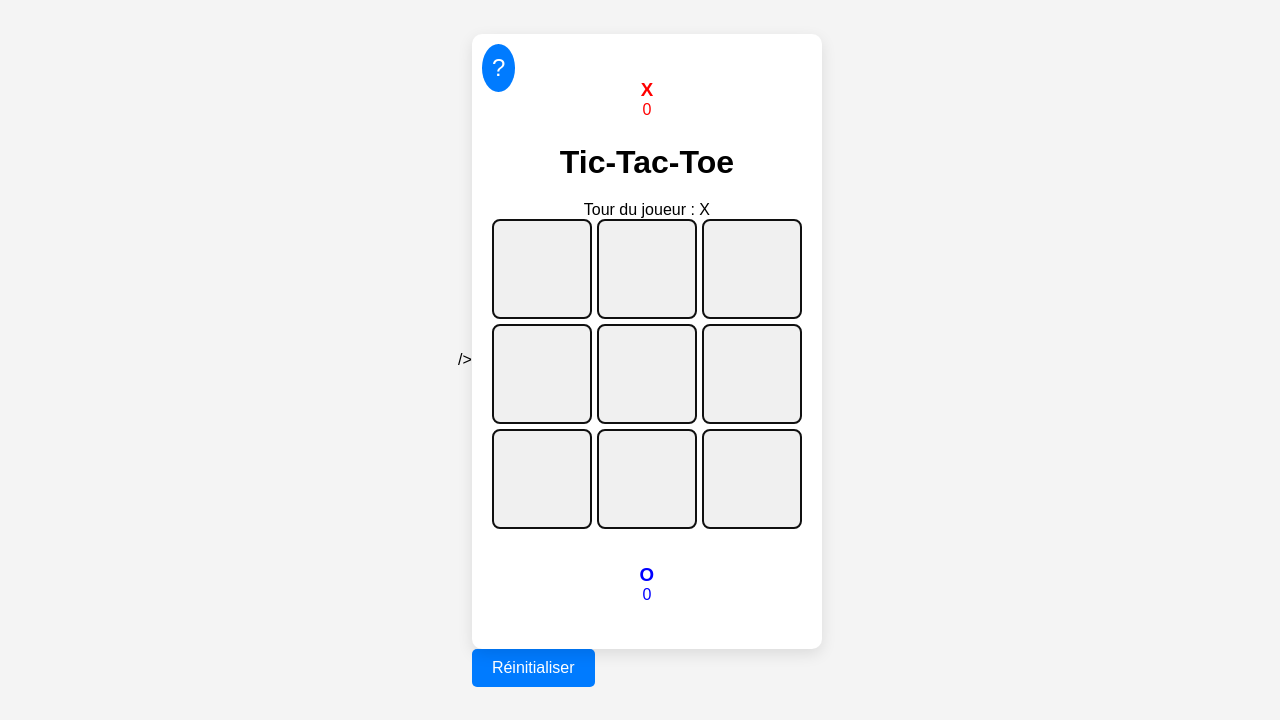
Repository: FTheo57/EvaluationGit
Page: index.html
An editor plug-in stored every save of this project. The page is shown before and after the next save, followed by the edit.
The browser window is 1280 px wide. The pictures show the whole page.

Above is the page before, as saved 2025-03-10 16:44:22.
Not found: script.js

After the next save:
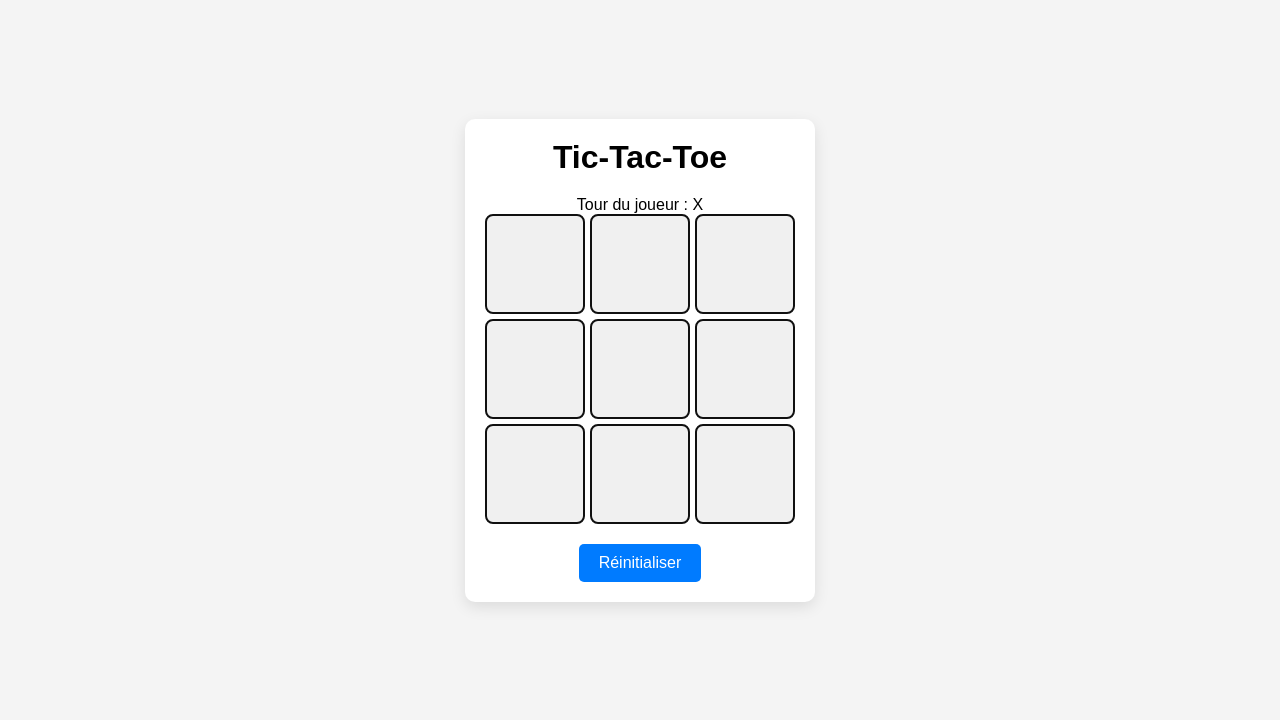
Saved 23 s later.
--- a/index.html
+++ b/index.html
@@ -4,47 +4,24 @@
     <meta charset="UTF-8" />
     <meta name="viewport" content="width=device-width, initial-scale=1.0" />
     <title>Tic-Tac-Toe</title>
-    <link rel="stylesheet" href="css/styles.css"> />
+    <link rel="stylesheet" href="css/styles.css" />
   </head>
   <body>
-    <div class="game-wrapper">
-        <div class="container">
-            <div class="score-container" id="score-x">
-                <h3>X</h3>
-                <p id="score-x-value">0</p>
-            </div>
-            <button class="rules-btn" id="rules-btn">?</button>
-          <h1>Tic-Tac-Toe</h1>
-          <p id="turn">Tour du joueur : X</p>
+    <div class="container">
+      <h1>Tic-Tac-Toe</h1>
+      <p id="turn">Tour du joueur : X</p>
       <div class="game-board" id="game-board">
-            <div class="cell" data-index="0"></div>
-            <div class="cell" data-index="1"></div>
-            <div class="cell" data-index="2"></div>
-            <div class="cell" data-index="3"></div>
-            <div class="cell" data-index="4"></div>
-            <div class="cell" data-index="5"></div>
-            <div class="cell" data-index="6"></div>
-            <div class="cell" data-index="7"></div>
-            <div class="cell" data-index="8"></div>
-            </div>
-            <div class="score-container" id="score-o">
-                <h3>O</h3>
-                <p id="score-o-value">0</p>
-            </div>
+        <div class="cell" data-index="0"></div>
+        <div class="cell" data-index="1"></div>
+        <div class="cell" data-index="2"></div>
+        <div class="cell" data-index="3"></div>
+        <div class="cell" data-index="4"></div>
+        <div class="cell" data-index="5"></div>
+        <div class="cell" data-index="6"></div>
+        <div class="cell" data-index="7"></div>
+        <div class="cell" data-index="8"></div>
       </div>
       <button id="reset">Réinitialiser</button>
-        <div class="popup" id="popup">
-            <div class="popup-content">
-                <h2>Règles du Jeu</h2>
-                <ul>
-                    <li>Deux joueurs jouent à tour de rôle.</li>
-                    <li>Chaque joueur marque son symbole (X ou O) dans une cellule vide.</li>
-                    <li>Le premier joueur à aligner trois de ses symboles horizontalement, verticalement ou en diagonale gagne.</li>
-                    <li>Si toutes les cellules sont remplies sans gagnant, c'est un match nul.</li>
-                </ul>
-                <button id="close-popup">Fermer</button>
-            </div>
-        </div>
     </div>
 
     <script src="script.js"></script>

After the save that followed:
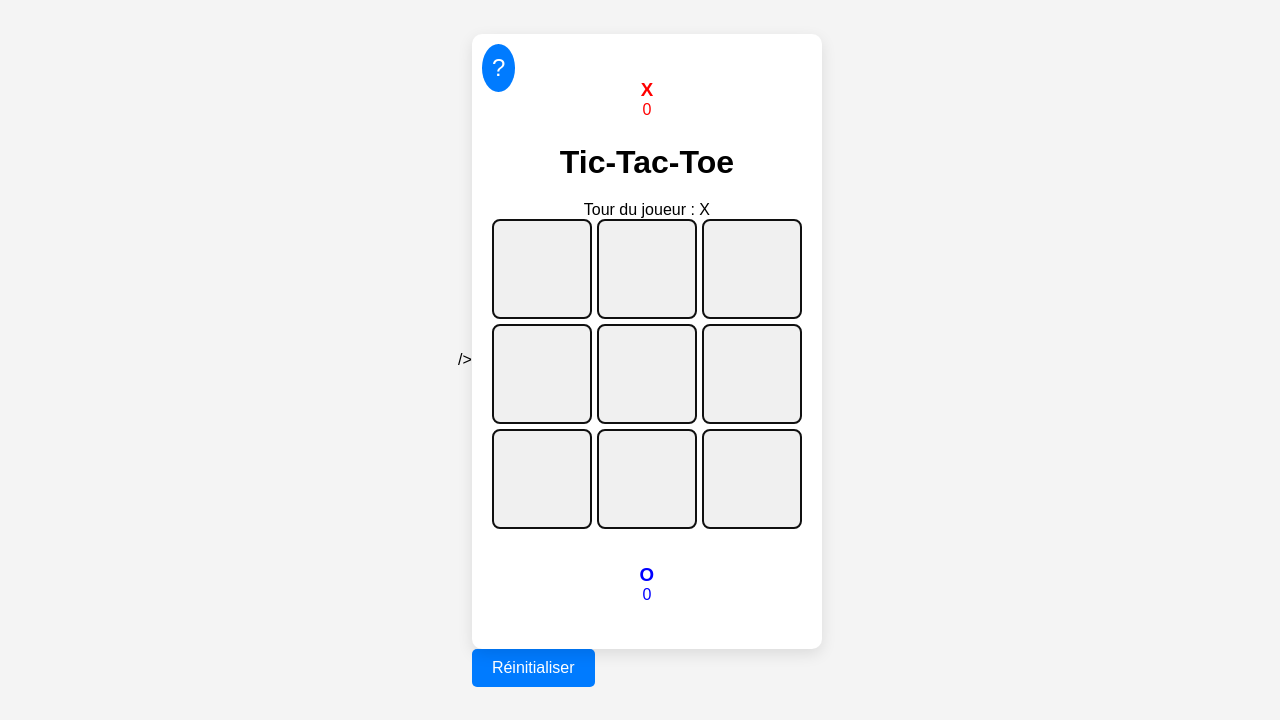
Saved 40 s later.
--- a/index.html
+++ b/index.html
@@ -4,24 +4,47 @@
     <meta charset="UTF-8" />
     <meta name="viewport" content="width=device-width, initial-scale=1.0" />
     <title>Tic-Tac-Toe</title>
-    <link rel="stylesheet" href="css/styles.css" />
+    <link rel="stylesheet" href="css/styles.css"> />
   </head>
   <body>
-    <div class="container">
-      <h1>Tic-Tac-Toe</h1>
-      <p id="turn">Tour du joueur : X</p>
+    <div class="game-wrapper">
+        <div class="container">
+            <div class="score-container" id="score-x">
+                <h3>X</h3>
+                <p id="score-x-value">0</p>
+            </div>
+            <button class="rules-btn" id="rules-btn">?</button>
+          <h1>Tic-Tac-Toe</h1>
+          <p id="turn">Tour du joueur : X</p>
       <div class="game-board" id="game-board">
-        <div class="cell" data-index="0"></div>
-        <div class="cell" data-index="1"></div>
-        <div class="cell" data-index="2"></div>
-        <div class="cell" data-index="3"></div>
-        <div class="cell" data-index="4"></div>
-        <div class="cell" data-index="5"></div>
-        <div class="cell" data-index="6"></div>
-        <div class="cell" data-index="7"></div>
-        <div class="cell" data-index="8"></div>
+            <div class="cell" data-index="0"></div>
+            <div class="cell" data-index="1"></div>
+            <div class="cell" data-index="2"></div>
+            <div class="cell" data-index="3"></div>
+            <div class="cell" data-index="4"></div>
+            <div class="cell" data-index="5"></div>
+            <div class="cell" data-index="6"></div>
+            <div class="cell" data-index="7"></div>
+            <div class="cell" data-index="8"></div>
+            </div>
+            <div class="score-container" id="score-o">
+                <h3>O</h3>
+                <p id="score-o-value">0</p>
+            </div>
       </div>
       <button id="reset">Réinitialiser</button>
+        <div class="popup" id="popup">
+            <div class="popup-content">
+                <h2>Règles du Jeu</h2>
+                <ul>
+                    <li>Deux joueurs jouent à tour de rôle.</li>
+                    <li>Chaque joueur marque son symbole (X ou O) dans une cellule vide.</li>
+                    <li>Le premier joueur à aligner trois de ses symboles horizontalement, verticalement ou en diagonale gagne.</li>
+                    <li>Si toutes les cellules sont remplies sans gagnant, c'est un match nul.</li>
+                </ul>
+                <button id="close-popup">Fermer</button>
+            </div>
+        </div>
     </div>
 
     <script src="script.js"></script>
